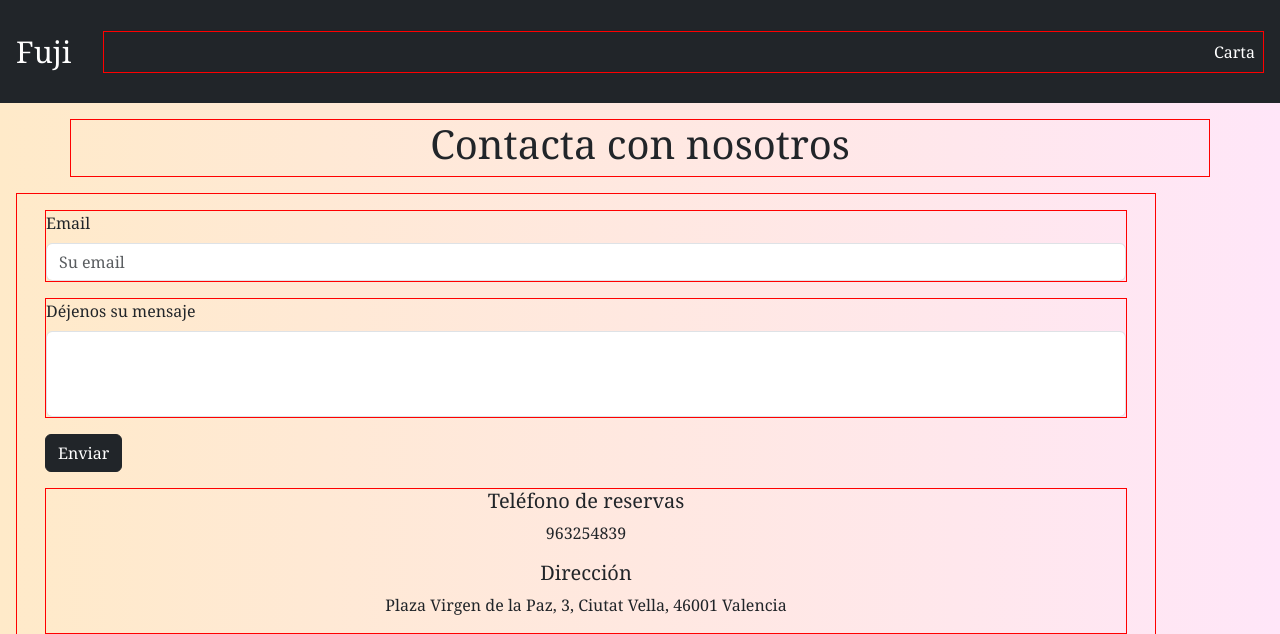
Repository: aipacheco/Fuji-restaurante
Page: contact.html
The author's editor kept a copy of each file at every save. The page is drawn from the files as they stood at one save, then again after a run of saves.
The browser window is 1280 px wide. The pictures show the part of the page from y = 0 to 634 px (the page is 989 px tall before and 973 px after).
Pictures or frames that could not be fetched are drawn as grey boxes. Some web libraries are served in a nearby version.

Above is the page before, as saved 2024-01-29 17:40:51.

After the next 3 saves:
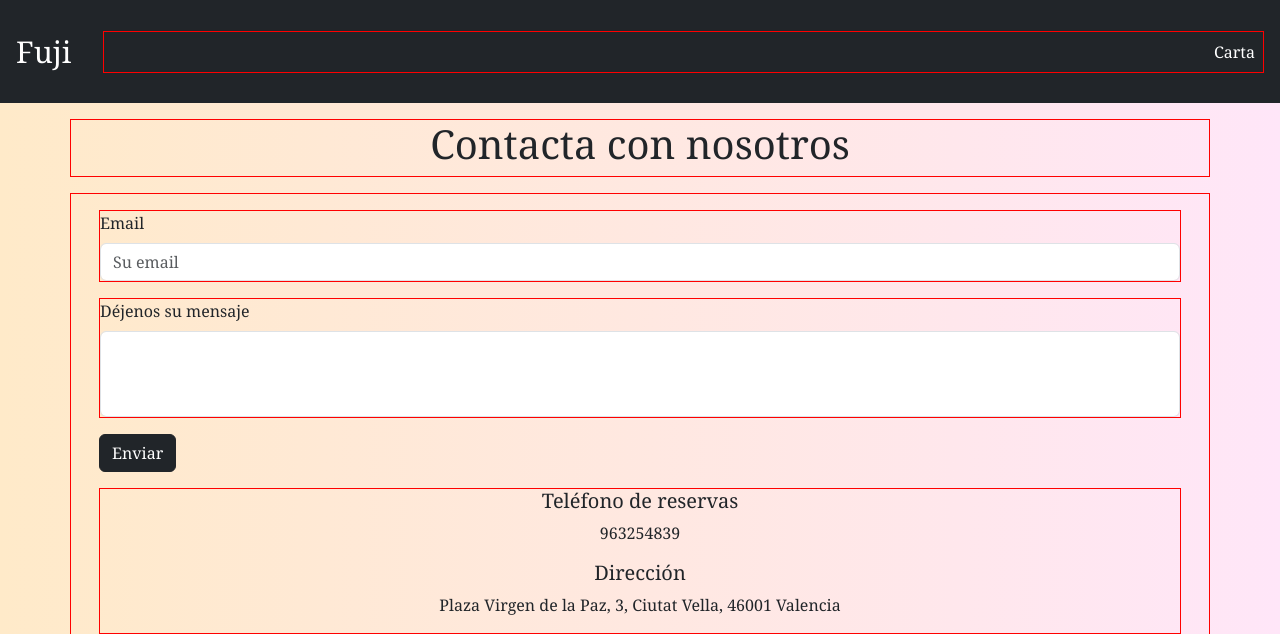
The 3 saves are shown as one change because they came seconds apart.
The last was saved 10 s later.
--- a/contact.html
+++ b/contact.html
@@ -52,7 +52,7 @@
 
     </div>
 
-    <div class="container m-3">
+    <div class="container mt-3">
 
         <form action="./answer.html" class="m-3">
           <div class="mb-3">
